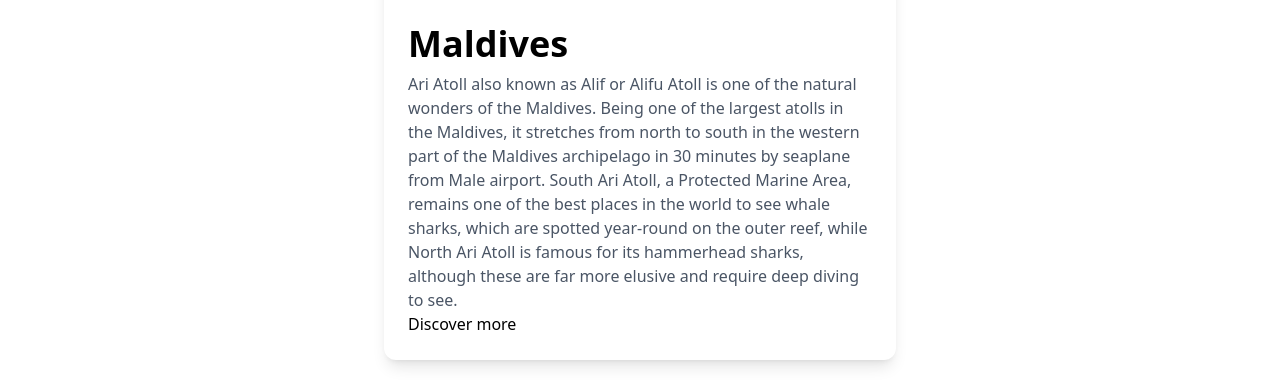
Repository: DinTri/TailwindInASimpleWebApp
Page: src/index.html
An editor plug-in stored every save of this project. The page is shown before and after the next save, followed by the edit.
The browser window is 1280 px wide. The pictures show the part of the page from y = 328 to 912 px (the page is 720 px tall before and 912 px after).

Above is the page before, as saved 2025-06-22 23:01:25.

After the next save:
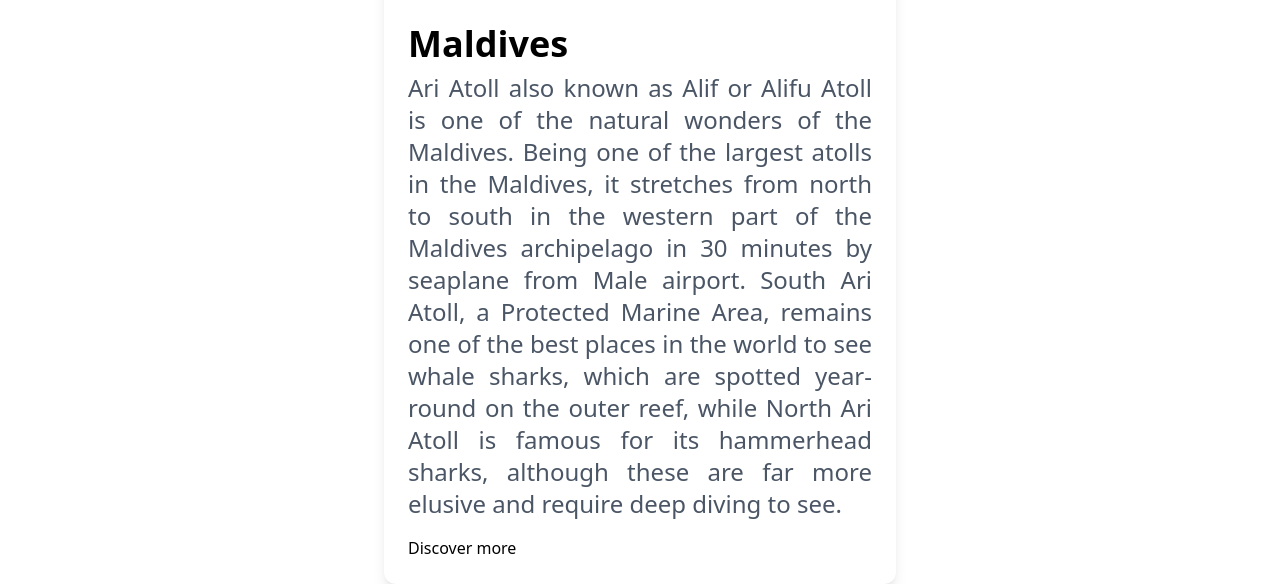
Saved 5 min 9 s later.
--- a/src/index.html
+++ b/src/index.html
@@ -22,7 +22,7 @@
         <h2 class="mb-2 text-xl font-bold sm:text-2xl md:text-3xl lg:text-4xl">
           Maldives
         </h2>
-        <p class="mt-2 text-gray-600">
+        <p class="mt-2 mb-4 text-justify text-gray-600 sm:text-xl md:text-2xl">
           Ari Atoll also known as Alif or Alifu Atoll is one of the natural
           wonders of the Maldives. Being one of the largest atolls in the
           Maldives, it stretches from north to south in the western part of the
